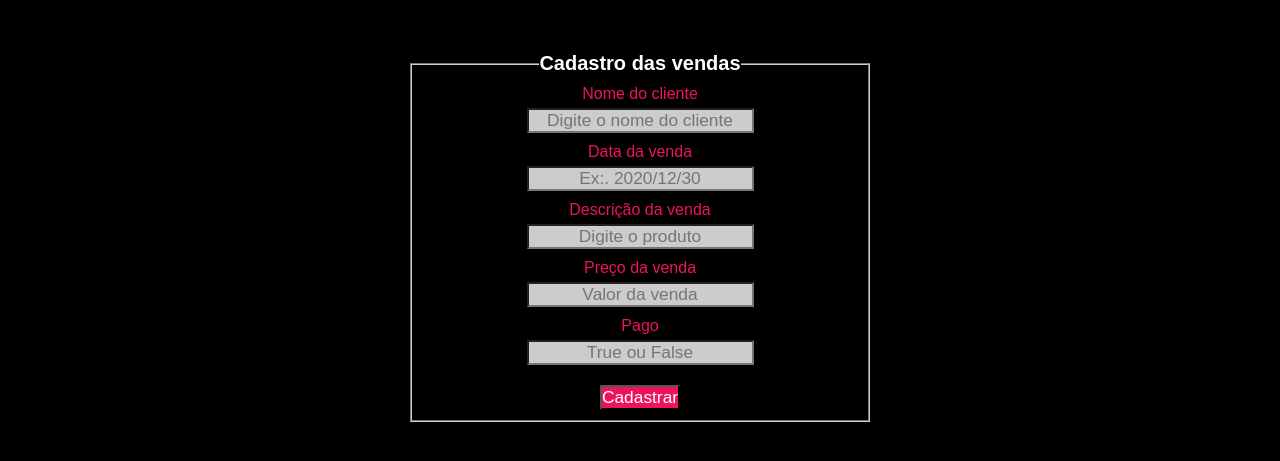
Repository: marceloShibuya/NAC_RestFull
Page: http://localhost/MarceloShibuya83752Client/
These files come from the project's save history. The page is drawn as it stood at one moment and after the next save; the edit follows.
The browser window is 1280 px wide. The pictures show the whole page.
The page is served by Tomcat 9. Other server files are loaded and not shown. The template is opened directly, without the code that normally fills it, so the values that code supplies are empty.

Above is the page before, as saved 2020-05-28 15:30:24.

### RestFull/MarceloShibuya83752Client/WebContent/index.jsp
<%@ page language="java" contentType="text/html; charset=UTF-8"
	pageEncoding="UTF-8"%>
<%@ taglib prefix="c" uri="http://java.sun.com/jsp/jstl/core"%>
<%@taglib uri="http://java.sun.com/jsp/jstl/fmt" prefix="fmt"%>


<!DOCTYPE html>
<html>
<head>
<meta charset="UTF-8">
<meta name="viewport" content="width=device-width,initial-scale=1">
<link rel="stylesheet" href="./css/style-base.css" type="text/css">
<title>VENDAS</title>
</head>
<body>
	<div class="main">
		<form class="frm-1" action="${action_frm == null ? 'adicionar' : action_frm}" method="get">
			<fieldset>
				<legend>Cadastro das vendas</legend>
				<input type="hidden" name="txtCodVenda"
					value="${vendaObj.codigo}">
				<div>
					<label for="idNmProd">Nome do cliente</label> <input type="text"
						id="idNmProd" name="txtNomeCliente" required="required"
						placeholder="Digite o nome do cliente"
						value="${vendaObj.nome}">
				</div>
				<div>
					<label for="idDtVenda">Data da venda</label> <input
						type="text" id="idDtVenda" name="txtDtVenda" required="required"
						placeholder="Ex:. 2020/12/30"
						value="${vendaObj.dtVenda.time}">
				</div>
				<div>
					<label for="idQtdProd">Descrição da venda</label> <input
						type="text" id="idQtdProd" name="txtDesc" required="required"
						placeholder="Digite o produto"
						value="${vendaObj.descricao}">
				</div>
				<div>
					<label for="idVlProd">Preço da venda</label> <input type="text"
						id="idVlProd" name="txtVl" required="required"
						placeholder="Valor da venda"
						value="${vendaObj.valor}">
				</div>
				<div>
					<label for="idStatus">Pago</label> <input type="text"
						id="idStatus" name="txtSituacaoPag" required="required"
						placeholder="True ou False"
						value="${vendaObj.status}">
				</div>
				<div>
					<input class="cadastrar" type="submit" value="Cadastrar">
				</div>
			</fieldset>
		</form>
	</div>

	<c:if test="${controle != null}">
		<table>
			<tr>
				<th>CLIENTE</th>
				<th>DATA</th>
				<th>DESCRIÇÃO</th>
				<th>VALOR</th>
				<th>PAGO</th>
				<th colspan="2">OPÇÕES</th>

			</tr>
			<c:forEach var="v" items="${listaVendas}" varStatus="id">
				<tr>
					<td>${v.nome}</td>
					<td><fmt:formatDate pattern="yyyy/MM/dd" value="${v.dtVenda.time}"/></td>
					<td>${v.descricao}</td>
					<td>R$ ${v.valor}0</td>
					<td>${v.status}</td>
					<td class="edit-td"><a href="listar?codProd=${v.codigo}"><img
							src="./img/lupa.png"></a></td>
					<td class="edit-td"><a href="remover?codProd=${v.codigo}"><img
							src="./img/apagar.png"></a></td>
				</tr>
			</c:forEach>

		</table>
	</c:if>

</body>
</html>

### RestFull/MarceloShibuya83752Client/WebContent/css/style-base.css
@charset "UTF-8";

@import
	url('https://fonts.googleapis.com/css2?family=Lato:wght@300&display=swap')
	;

* {
	margin:  0;
	padding: 0;
	box-sizing: border-box;
}

body {
	font-family: 'Lato', sans-serif;
	font-size: 16px;
	padding: 2em;
	background: #000000;
}

h1, h2, h3 {
	margin: 20px 10px;
}

img {
	width: 10%;
}

table {
	margin: auto;
	border-collapse: collapse;
	border: solid 2px #000040;
	padding: 1em;
	width: 100%;
	text-align: center;
	background-color: #fff;
}

table th, td {
	border: solid 2px #000040;
	align-items: center;
}

table th{
	background-color: #ed145b;
	color: #fff;
	padding: 10px;
}

table td{
	font-weight: bold;
	padding: 5px;
}

.edit-td {
	padding-left: 4%;
	width: 15%;
	text-align: center;
}

.main{
	text-align:center;
}

form {
	width: 500px;
	margin: auto;
}

label {
	font-family: sans-serif;
	display: block;
	justify-content: start;
	color: #ed145b;
	margin-bottom: 5px;
}

input, textarea {
	font-family: sans-serif;
	font-weight: normal;
	font-size: 13pt;
	background-color: rgba(255, 255, 255, .8);
	margin-bottom: 10px;
	text-align:center;
}

input:hover, textarea:hover {
	color: #000000;
}

.cadastrar{
	background-color: #ed145b;
	color: #fff;
	margin-top: 10px;
}

legend {
	color: #fff;
	font-weight: bold;
	font-size: 15pt;
	font-family: sans-serif;
	margin-bottom: 10px;
}

fieldset {
	border-color: #cecece;
	margin: 20px;
}

After the next save:
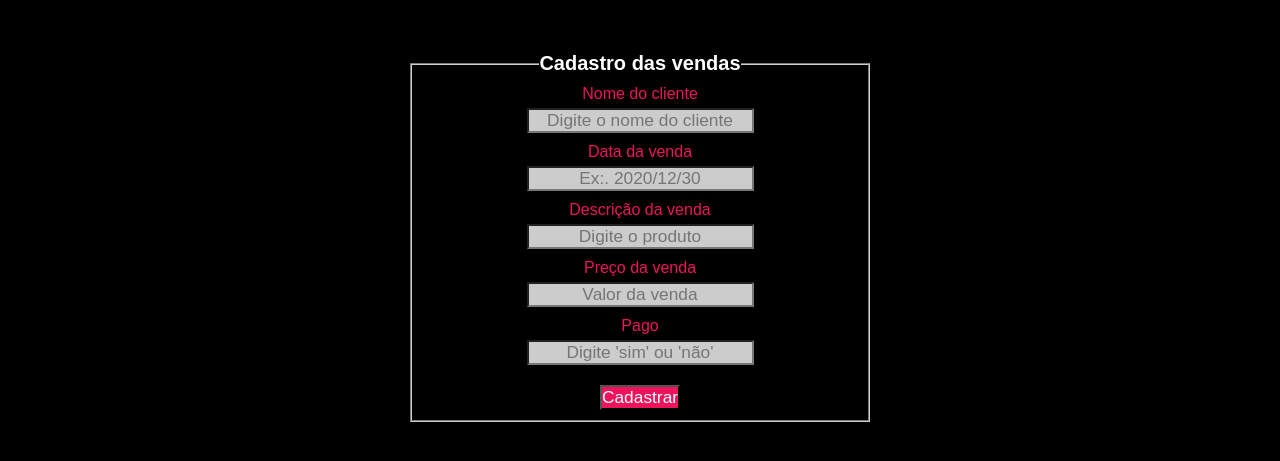
Saved 44 s later.
--- a/RestFull/MarceloShibuya83752Client/WebContent/index.jsp
+++ b/RestFull/MarceloShibuya83752Client/WebContent/index.jsp
@@ -46,7 +46,7 @@
 				<div>
 					<label for="idStatus">Pago</label> <input type="text"
 						id="idStatus" name="txtSituacaoPag" required="required"
-						placeholder="True ou False"
+						placeholder="Digite 'sim' ou 'não'"
 						value="${vendaObj.status}">
 				</div>
 				<div>
